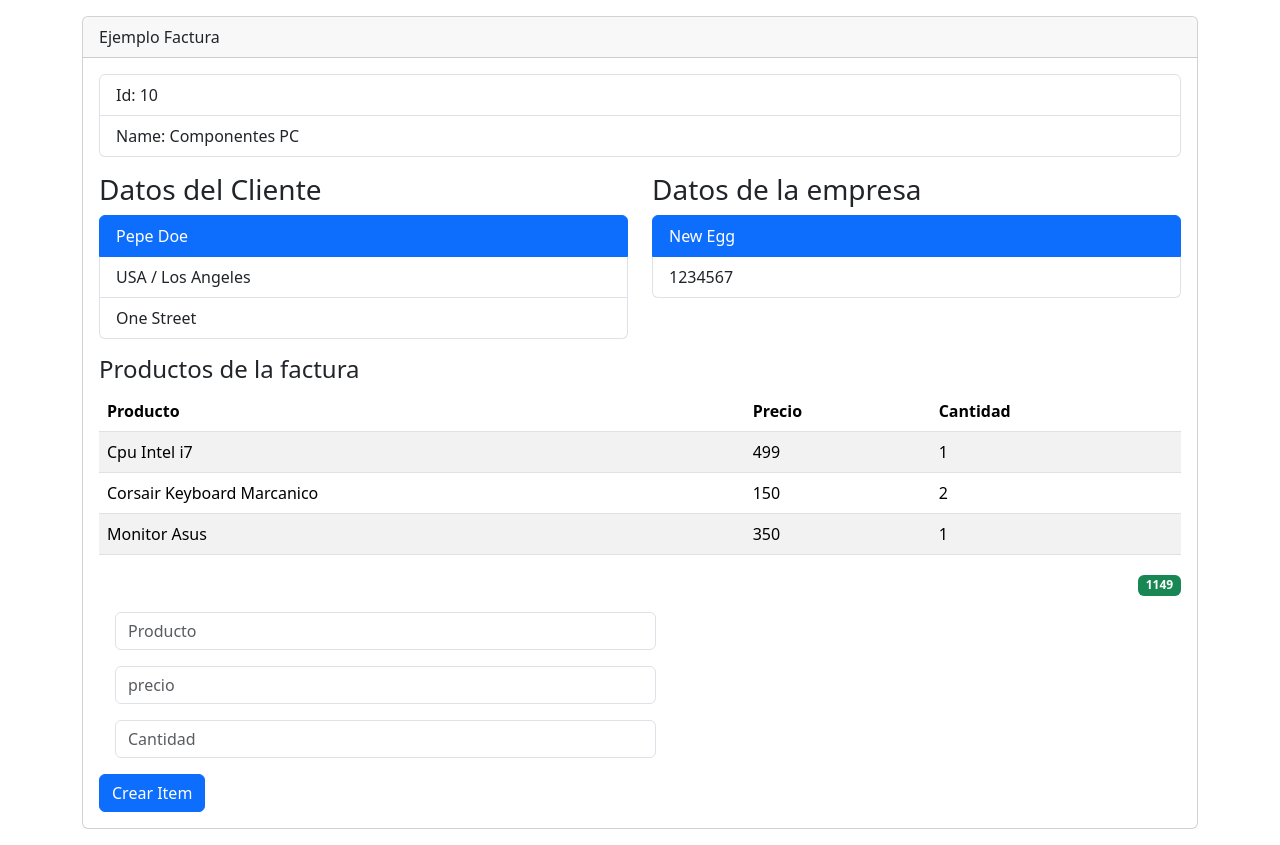
Repository: bryanesteban/4-invoice-app
Page: /
An editor plug-in stored every save of this project. The page is shown before and after the next save, followed by the edit.
The browser window is 1280 px wide. The pictures show the whole page.
The project was rebuilt for these pictures with package versions that can differ from the ones it lists, and the page was loaded fresh each time. Also part of the build but not shown: vite.config.js.

Above is the page before, as saved 2023-11-13 18:56:21.

### index.html
<!doctype html>
<html lang="en">
  <head>
    <meta charset="UTF-8" />
    <link rel="icon" type="image/svg+xml" href="/vite.svg" />
    <link href="https://cdn.jsdelivr.net/npm/bootstrap@5.3.2/dist/css/bootstrap.min.css" rel="stylesheet" integrity="sha384-T3c6CoIi6uLrA9TneNEoa7RxnatzjcDSCmG1MXxSR1GAsXEV/Dwwykc2MPK8M2HN" crossorigin="anonymous">
    <meta name="viewport" content="width=device-width, initial-scale=1.0" />
    <title>Vite + React</title>
  </head>
  <body>
    <div id="root"></div>
    <script type="module" src="/src/main.jsx"></script>
  </body>
</html>

### src/main.jsx
import React from 'react'
import ReactDOM from 'react-dom/client'
import { InvoiceApp } from './InvoiceApp'


ReactDOM.createRoot(document.getElementById('root')).render(
  <React.StrictMode>
    <InvoiceApp />
  </React.StrictMode>,
)

### src/InvoiceApp.jsx
import { getInvoice } from "./services/getInvoice"
import { ClientView } from "./components/ClientView";
import { CompanyView } from "./components/CompanyView";
import { InvoiceView } from "./components/InvoiceView";
import { ListItemsView } from "./components/ListItemsView";
import { TotalView } from "./components/totalView";
import { useState } from "react";


export const InvoiceApp = () =>{

    const {id, name, client, company, items: itemsInitial, total} = getInvoice();

    const [productValue, setProductValue] = useState('');
    const [priceValue, setPriceValue] = useState('');
    const [quantityValue, setQuantityValue] = useState('');
    const [counter, setCounter] = useState(4);

    const [items, setItems] = useState(itemsInitial);

    return(
       <>
        <div className="container">

            <div className="card my-3" >

                <div className= "card-header">

                    Ejemplo Factura
                </div>

                <div className="card-body">
                       <InvoiceView id= {id} name ={name}/>
                    <div className="row my-3">
                        <div className="col">
                           <ClientView title= "Datos del Cliente" client = {client} />
                        </div>
                        <div className="col">
                           <CompanyView title= "Datos de la empresa" company ={company} />
                        </div>
                    </div>
                    <ListItemsView title="Productos de la factura" items={items} />
                    <TotalView total={total}></TotalView>
                    <form className="w-50" onSubmit={ event =>{
                        event.preventDefault();

                        setItems([...items, { id: counter,
                                              product: productValue,
                                              price: +priceValue,
                                              quantity: parseInt(quantityValue, 10)}]);
                        setProductValue('');
                        setPriceValue('');
                        setQuantityValue('');
                        setCounter(counter + 1);
                    }}>
                        <input type="text"
                               name="product"
                               value={ productValue}
                               placeholder="Producto" className="form-control m-3" onChange={event =>{
                               setProductValue(event.target.value)
                               console.log(event.target.value)
                               }}/>

                        <input type="text"
                               name="price"
                               value={priceValue}
                               placeholder="precio" className="form-control m-3" onChange={event =>{
                                setPriceValue(event.target.value)
                                console.log(event.target.value)
                               }}/>

                        <input type="text"
                               name="quantity"
                               value={quantityValue}
                               placeholder="Cantidad" className="form-control m-3" onChange={event =>{
                                setQuantityValue(event.target.value)
                                console.log(event.target.value)
                               }}/>
                        <button type ="submit" className="btn btn-primary">Crear Item</button>
                    </form>
                </div>
            </div>
        </div>

       </>
    )
}

### src/services/getInvoice.js
import { invoice } from "../data/invoice"

export const getInvoice = () => {

    //console.log(invoice);

    /*let total = 0;
    invoice.items.forEach( items =>{
        total =total + items.price * items.quantity;

    });*/

    const total = invoice.items
        .map( item => item.price * item.quantity)
        .reduce((accumulator,currentValue) => accumulator + currentValue, 0)

    return {...invoice,total};
}

### src/components/ClientView.jsx
import PropTypes from 'prop-types';

export const ClientView = ({title, client}) =>{
    const {
        name: nameClient,
        lastname,
        address:{
            country,
            city,
            street,
            number}
         } = client;

    //const { country, city, street, number} = address;

    return (
        <>
         <h3>{title}</h3>
                            <ul className="list-group">
                                <li className="list-group-item active">{nameClient} {lastname}</li>
                                <li className="list-group-item">{country} / {city}</li>
                                <li className="list-group-item">{street} {number}</li>
                            </ul>
        </>
    )
}

ClientView.protoTypes ={
    title: PropTypes.string.isRequired,
    client: PropTypes.object.isRequired,
}

### src/components/CompanyView.jsx
import PropTypes from 'prop-types';

export const CompanyView = ({title, company}) => {


    return (
        <>
        <h3>{ title }</h3>
                            <ul className="list-group">
                                <li className="list-group-item active"> {company.name}</li>
                                <li className="list-group-item"> {company.fiscalNumber}</li>
                            </ul>
        </>
    )
}

CompanyView.propTypes = {
    title: PropTypes.string.isRequired,
    company: PropTypes.object.isRequired,

}

### src/components/InvoiceView.jsx
import PropTypes from 'prop-types';
export const InvoiceView = ({id, name}) =>{

    return (
        <>
         <ul className ="list-group">
                            <li className="list-group-item">Id: {id}</li>
                            <li className="list-group-item">Name: {name}</li>
                        </ul>

        </>
    )
}

InvoiceView.propTypes = {
    id: PropTypes.number.isRequired,
    name: PropTypes.string.isRequired
}

### src/components/ListItemsView.jsx
import { RowItemView } from "./RowItemView"
import PropTypes from 'prop-types';

export const ListItemsView  = ({title, items}) => {

    return (
        <>
        <h4> {title}</h4>
                    <table className="table table-striped table-hover">
                        <thead>
                            <tr>
                                <th>Producto</th>
                                <th>Precio</th>
                                <th>Cantidad</th>
                            </tr>
                        </thead>
                        <tbody>
                            {items.map(({id, product, price,quantity}) => (
                                    <RowItemView key={ id } product={product} price={price} quantity={quantity} />
                            ))}
                        </tbody>

                    </table>
        </>
    )

}

ListItemsView.propTypes = {
    title : PropTypes.string.isRequired,
    items: PropTypes.array.isRequired,
}

### src/components/totalView.jsx
export const TotalView  = ({total}) =>{


    return (
    <>
    <div className="text-end">
        <span className="badge bg-success">{total}</span>
    </div>
    </>
    )
}

### src/data/invoice.js
export const invoice ={
    id: 10,
    name: 'Componentes PC',
    client:{
        name:'Pepe',
        lastname:'Doe',
        address:{
            country:'USA',
            city: 'Los Angeles',
            street:' One Street',
            numeber:12
        }
    },
        company:{
            name:'New Egg',
            fiscalNumber: 1234567,
        },
        items: [
           {
            id: 1,
            product: 'Cpu Intel i7',
            price: 499,
            quantity: 1,
           },
           {
            id: 2,
            product: 'Corsair Keyboard Marcanico',
            price: 150,
            quantity: 2,
           },
           {
            id: 3,
            product: 'Monitor Asus',
            price: 350,
            quantity: 1,
           },

        ]


}

### src/components/RowItemView.jsx
import PropTypes from 'prop-types';

export const RowItemView = ({product, price, quantity}) => {
    return (
        <>
             <tr >
                    <td>{product}</td>
                    <td>{price}</td>
                    <td>{quantity}</td>
            </tr>
        </>
    )
}


RowItemView.propTypes = {
    product :  PropTypes.string.isRequired,
    price : PropTypes.number.isRequired,
    quantity : PropTypes.number.isRequired,
}

After the next save:
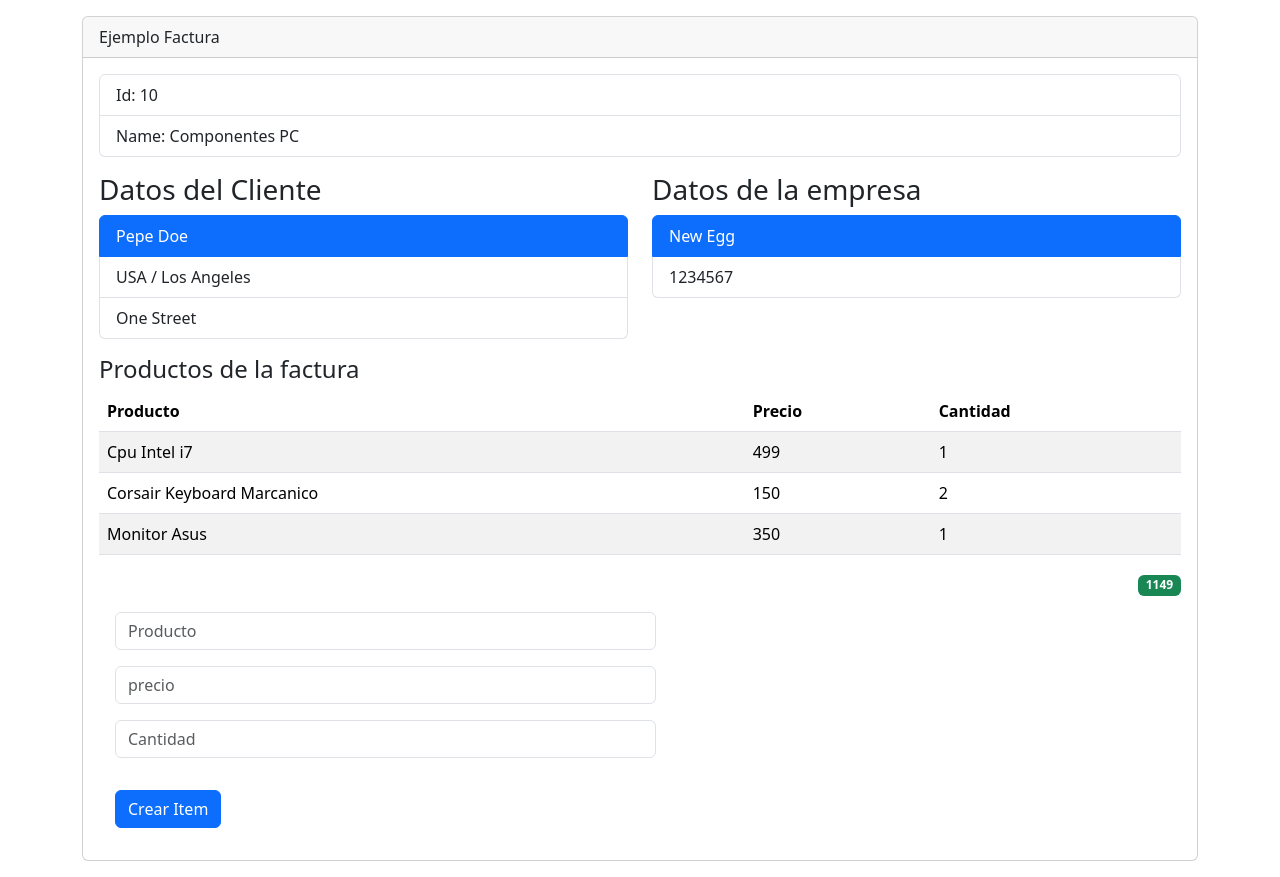
Saved 53 s later.
--- a/src/InvoiceApp.jsx
+++ b/src/InvoiceApp.jsx
@@ -76,7 +76,10 @@ export const InvoiceApp = () =>{
                                 setQuantityValue(event.target.value)
                                 console.log(event.target.value)
                                }}/>
-                        <button type ="submit" className="btn btn-primary">Crear Item</button>
+                        <button type ="submit"
+                                className="btn btn-primary m-3">
+                                Crear Item
+                        </button>
                     </form>
                 </div>
             </div>
